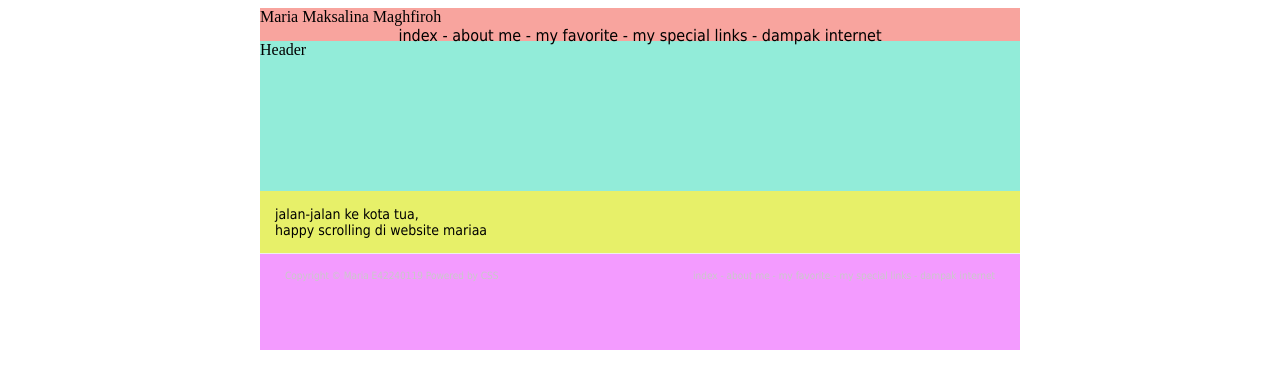
Repository: Bearli-py/latihan_bisdig
Page: index.html
The author's editor kept a copy of each file at every save. The page is drawn from the files as they stood at one save, then again after the next save.
The browser window is 1280 px wide. The pictures show the whole page.

Above is the page before, as saved 2025-09-09 15:34:35.

After the next save:
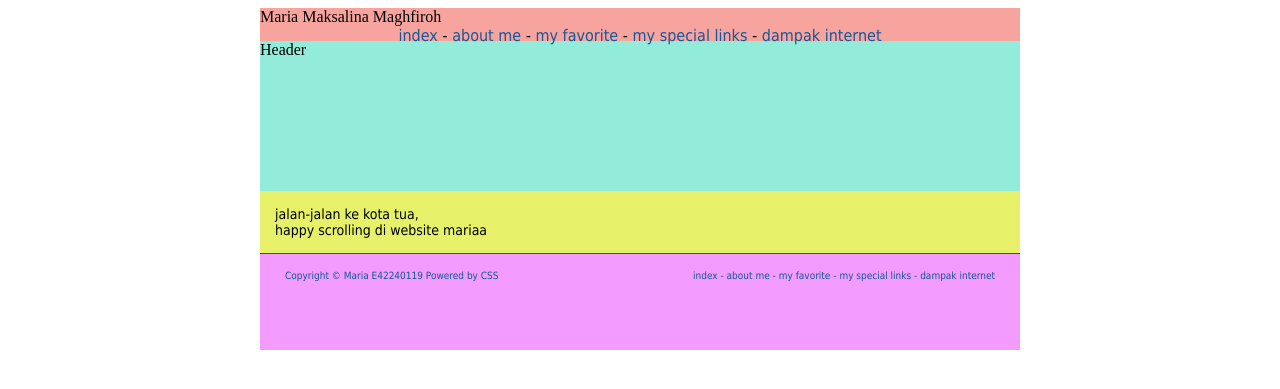
Saved 74 s later.
--- a/style.css
+++ b/style.css
@@ -21,7 +21,7 @@
     font-family: Tahoma, Arial, Helvetica, Sans-serif;
 }
 #main-nav a{
-    color: #000000;
+    color: #135899;
     text-decoration: none;
 }
 #main-nav a:hover{color: #db6d16;}
@@ -29,13 +29,13 @@
     height: 70px;
     font-family: Tahoma, Arial, Helvetica, Sans-serif;
     font-size: 10px;
-    color: #c9c9c9;
-    border-top: 1px solid #efefef;
+    color: #135899;
+    border-top: 1px solid #135899;
     padding: 13px 25px;
     line-height: 18px;
 }
 #footer a {
-    color: #c9c9c9;
+    color: #135899;
     text-decoration: none;
 }
 #footer a:hover {
